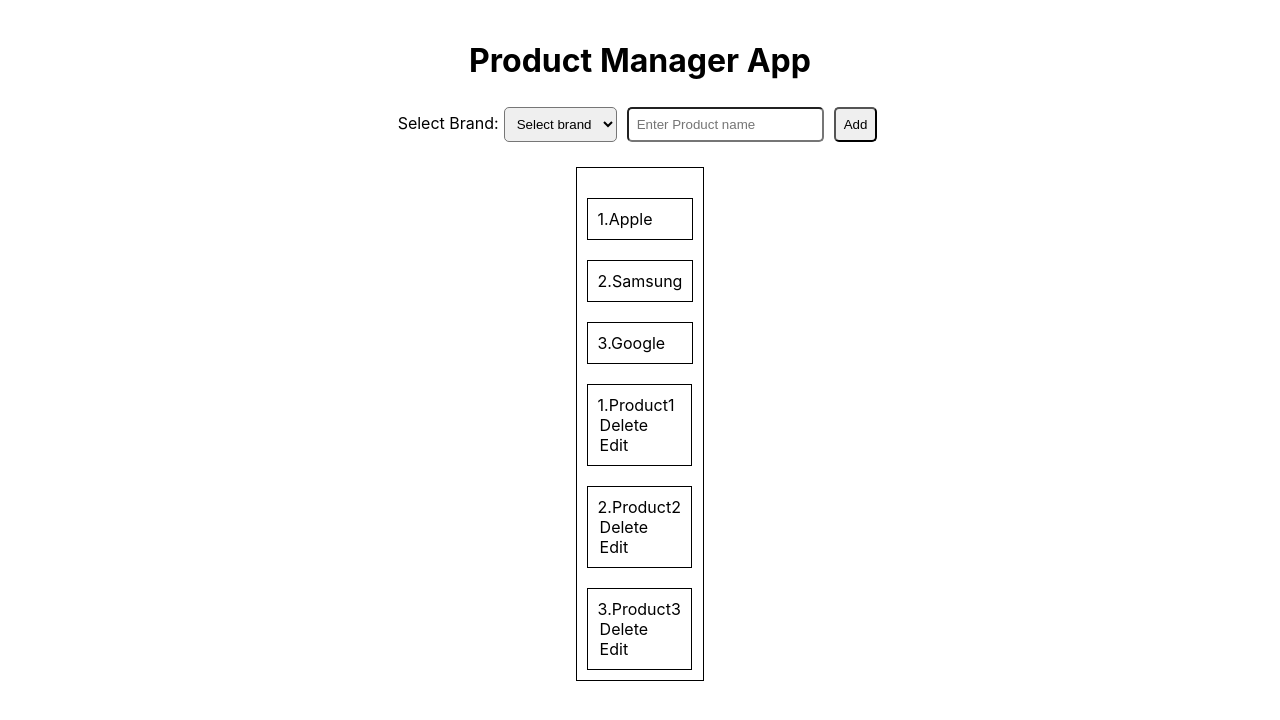
Repository: sunilkc-7/product-manager-app
Page: /
The author's editor kept a copy of each file at every save. The page is drawn from the files as they stood at one save, then again after the next save.
The browser window is 1280 px wide. The pictures show the whole page.
The project was rebuilt for these pictures with package versions that can differ from the ones it lists, and the page was loaded fresh each time.

Above is the page before, as saved 2023-07-31 21:03:01.

### src/App.js
import "./App.css";
import productsData from "./data/data.json";
import { useState } from "react";

function App() {
  const [brandList, setBrandList] = useState(productsData.brands);
  const [productList, setProductList] = useState(productsData.products);

  return (
    <div className="App">
      <h1>Product Manager App</h1>
      <div className="form-container">
        <label>Select Brand:</label>
        <select>
          <option value="">Select brand</option>
          {brandList.map((brand) => (
            <option key={brand} value={brand}>
              {brand}
            </option>
          ))}
        </select>

        <input type="text" placeholder="Enter Product name" />

        <button>Add</button>
      </div>

      <table>
        <thead>
          {productList.map((productHead, idx) => (
            <tr>
              <td>
                {idx + 1}.{productHead.brand}
              </td>
            </tr>
          ))}
          {/* <tr>
            <th>Apple</th>
            <th>Samsung</th>
            <th>Google</th>
          </tr> */}
        </thead>
        <tbody>
          {productList.map((product, idx) => (
            <tr>
              <td>
                {idx + 1}.{product.name}
                <span className="tableEdit">Delete</span>
                <span className="tableEdit">Edit</span>
              </td>
            </tr>
          ))}
        </tbody>
      </table>
      {}
    </div>
  );
}

export default App;

### src/App.css
.body {
  display: flex;
  justify-content: center;
  height: 100vh;
  margin: 0;
}

.App {
  display: flex;
  flex-direction: column;
  justify-content: center;
  align-items: center;
  padding: 20px;
}

select,
input,
button {
  padding: 8px;
  border-radius: 5px;
  margin: 5px;
}

button {
  cursor: pointer;
}

table,
th,
td {
  border: 1px solid black;
  border-collapse: collapse;

  padding: 10px;
}
table,
td {
  margin-top: 20px;
  display: flex;
  flex-direction: column;
}

.tableEdit {
  margin-left: 2px;
}

### src/data/data.json
{
  "brands": ["Brand A", "Brand B", "Brand C"],
  "products": [
    {
      "brand": "Apple",
      "name": "Product1"
    },
    {
      "brand": "Samsung",
      "name": "Product2"
    },
    {
      "brand": "Google",
      "name": "Product3"
    }
  ]
}

Loaded but not shown: public/index.html (common file); src/index.js (common file); src/index.css (common file); src/reportWebVitals.js (common file)

After the next save:
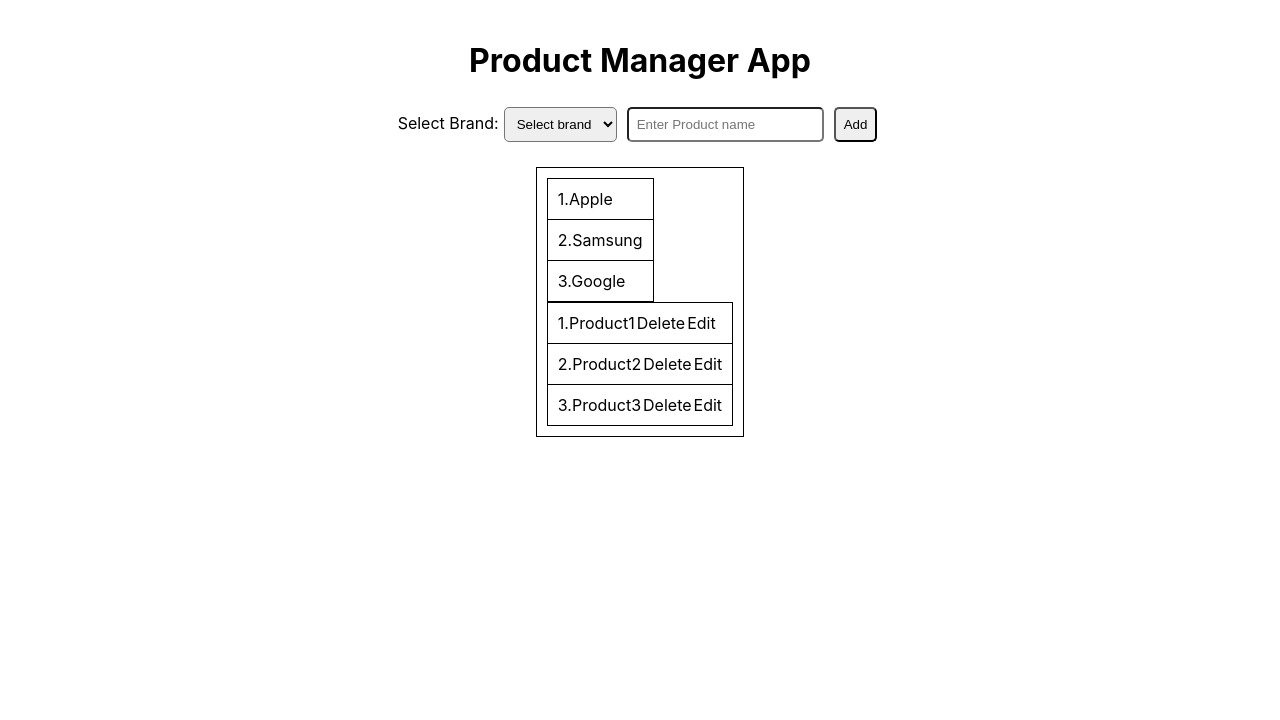
Saved 9 s later.
--- a/src/App.css
+++ b/src/App.css
@@ -34,7 +34,7 @@
   padding: 10px;
 }
 table,
-td {
+th {
   margin-top: 20px;
   display: flex;
   flex-direction: column;
